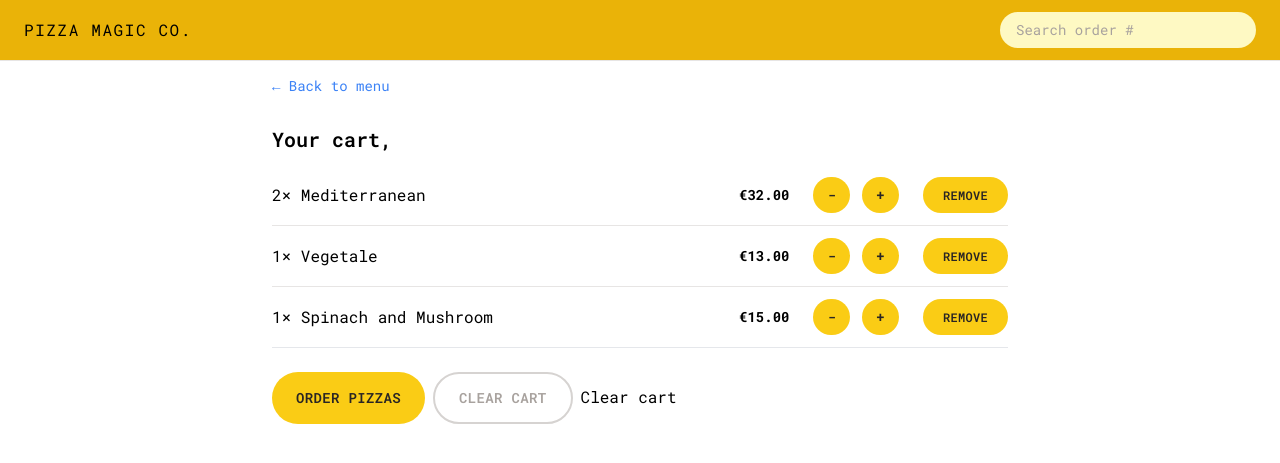
Repository: SyLe-Van/The-Pizza-Magic-web
Page: /cart
An editor plug-in stored every save of this project. The page is shown before and after the next save, followed by the edit.
The browser window is 1280 px wide. The pictures show the whole page.
The project was rebuilt for these pictures with package versions that can differ from the ones it lists, and the page was loaded fresh each time. Also part of the build but not shown: vite.config.js, src/features/user/CreateUser.jsx, src/ui/Home.jsx, src/features/cart/CartOverview.jsx, src/features/user/Username.jsx, src/ui/Loader.jsx, src/services/apiRestaurant.js, src/features/menu/Menu.jsx and 4 more. Imported but missing from the stored project, and not drawn on this page: src/features/menu/MenuItem.

Above is the page before, as saved 2024-07-29 00:56:14.

After the next save:
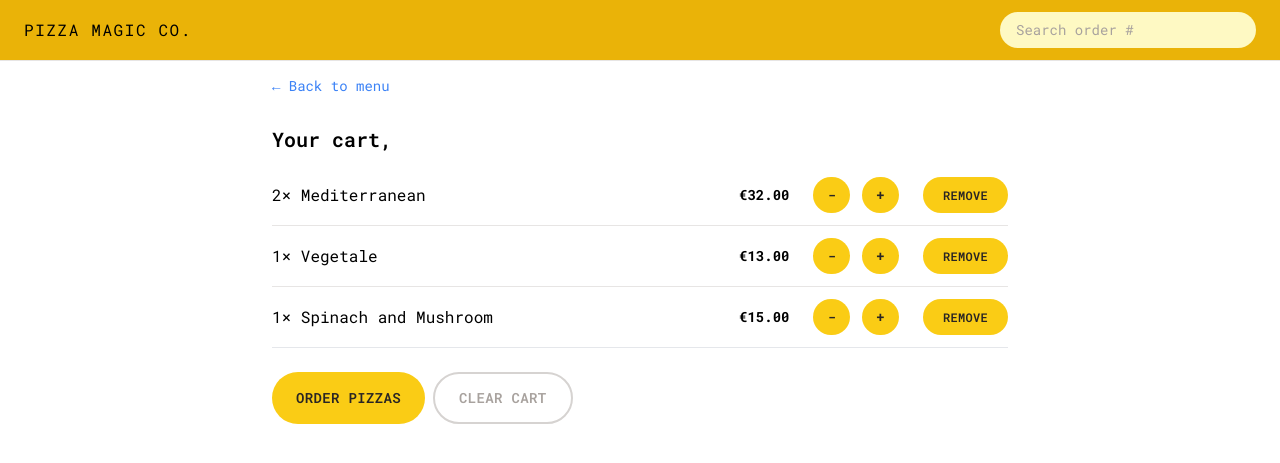
Saved 78 s later.
--- a/src/features/cart/Cart.jsx
+++ b/src/features/cart/Cart.jsx
@@ -43,7 +43,7 @@ function Cart() {
         <Button type="primary" to="/order/new">Order pizzas</Button>
 
         <Button type="secondary">Clear cart</Button>
-        <button>Clear cart</button>
+
       </div>
     </div>
   );
